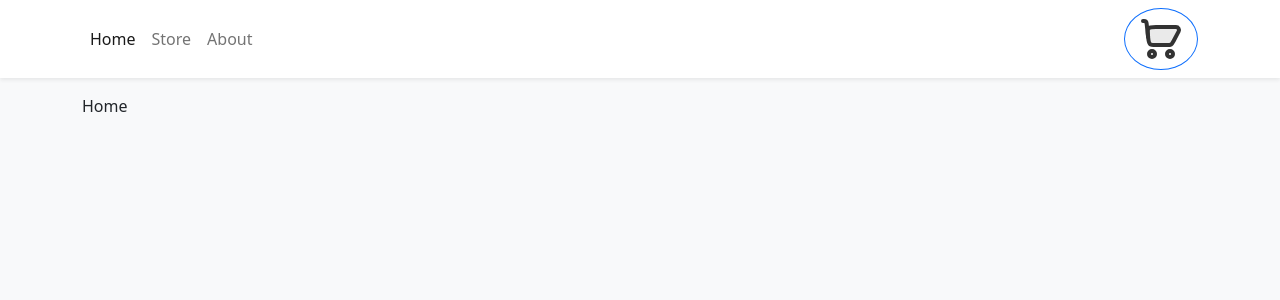
Repository: MoNasr2022/shopping-cart
Page: /
An editor plug-in stored every save of this project. The page is shown before and after a run of saves, followed by the edit.
The browser window is 1280 px wide. The pictures show the whole page.
The project was rebuilt for these pictures with package versions that can differ from the ones it lists, and the page was loaded fresh each time. Also part of the build but not shown: vite.config.ts, src/pages/Store.tsx, src/pages/About.tsx.

Above is the page before, as saved 2023-04-17 01:39:42.

### index.html
<!DOCTYPE html>
<html lang="en">
  <head>
    <meta charset="UTF-8" />
    <link rel="icon" type="image/svg+xml" href="/vite.svg" />
    <meta name="viewport" content="width=device-width, initial-scale=1.0" />
    <title>Nasr Shopping Cart</title>
  </head>
  <body class="bg-light">
    <div id="root"></div>
    <script type="module" src="/src/main.tsx"></script>
  </body>
</html>

### src/App.tsx
import { Routes, Route } from "react-router-dom";
import { Container } from "react-bootstrap";
import Home from "./pages/Home";
import Store from "./pages/Store";
import About from "./pages/About";
import Navbar from "./components/Navbar";

function App() {
  return (
    <>
      <Navbar />
      <Container className="mb-4">
        <Routes>
          <Route path="/" element={<Home />} />
          <Route path="/store" element={<Store />} />
          <Route path="/about" element={<About />} />
        </Routes>
      </Container>
    </>
  );
}

export default App;

### src/pages/Home.tsx


export default function Home () {
  return (
    <div>Home</div>
  )
}

### src/components/Navbar.tsx
import { Navbar as NavbarB } from "react-bootstrap";
import { Container, Nav, Button } from "react-bootstrap";
import { NavLink } from "react-router-dom";



export default function Navbar() {
  return (
    <NavbarB className="bg-white shadow-sm mb-3">
      <Container>
        <Nav className="me-auto">
          <Nav.Link as={NavLink} to="/">
            {" "}
            Home
          </Nav.Link>
          <Nav.Link as={NavLink} to="/store">
            {" "}
            Store
          </Nav.Link>
          <Nav.Link as={NavLink} to="/about">
            {" "}
            About
          </Nav.Link>
        </Nav>
        <Button className=" rounded-circle" variant="outline-primary"  style={{position:"relative"}}>
          <svg
            width="3rem"
            height="3rem"
            viewBox="0 0 24 24"
            fill="none"
            xmlns="http://www.w3.org/2000/svg"
          >
            <path
              opacity="0.1"
              d="M5.60464 11.4417C5.79269 13.1343 5.88672 13.9805 6.45624 14.4903C7.02576 15 7.87723 15 9.58017 15H9.70588H13.4706H14.827C16.0002 15 16.5867 15 17.0627 14.7134C17.5387 14.4268 17.8132 13.9084 18.3621 12.8716L20.8303 8.20947C21.361 7.207 20.6343 6 19.5 6H9.70588H9.46906C7.38336 6 6.34051 6 5.74427 6.66616C5.14803 7.33231 5.2632 8.36878 5.49353 10.4417L5.60464 11.4417Z"
              fill="#323232"
            />
            <path
              d="M5.60464 11.4417C5.79269 13.1343 5.88672 13.9805 6.45624 14.4903C7.02576 15 7.87723 15 9.58017 15H9.70588H13.4706H14.827C16.0002 15 16.5867 15 17.0627 14.7134C17.5387 14.4268 17.8132 13.9084 18.3621 12.8716L20.8303 8.20947C21.361 7.207 20.6343 6 19.5 6V6H9.70588H9.46906C7.38336 6 6.34051 6 5.74427 6.66616C5.14803 7.33231 5.2632 8.36878 5.49353 10.4417L5.60464 11.4417Z"
              stroke="#323232"
              stroke-width="2"
              stroke-linejoin="round"
            />
            <path
              d="M3 3H3.5V3C4.1642 3 4.72218 3.49942 4.79553 4.15955L5.55558 11"
              stroke="#323232"
              stroke-width="2"
              stroke-linecap="round"
              stroke-linejoin="round"
            />
            <path
              d="M9 19.5C9 20.3284 8.32843 21 7.5 21C6.67157 21 6 20.3284 6 19.5C6 18.6716 6.67157 18 7.5 18C8.32843 18 9 18.6716 9 19.5Z"
              stroke="#323232"
              stroke-width="2"
            />
            <path
              d="M18 19.5C18 20.3284 17.3284 21 16.5 21C15.6716 21 15 20.3284 15 19.5C15 18.6716 15.6716 18 16.5 18C17.3284 18 18 18.6716 18 19.5Z"
              stroke="#323232"
              stroke-width="2"
            />
          </svg>
        </Button>
      </Container>
    </NavbarB>
  );
}

Loaded but not shown: src/main.tsx (common file)

After the next 3 saves:
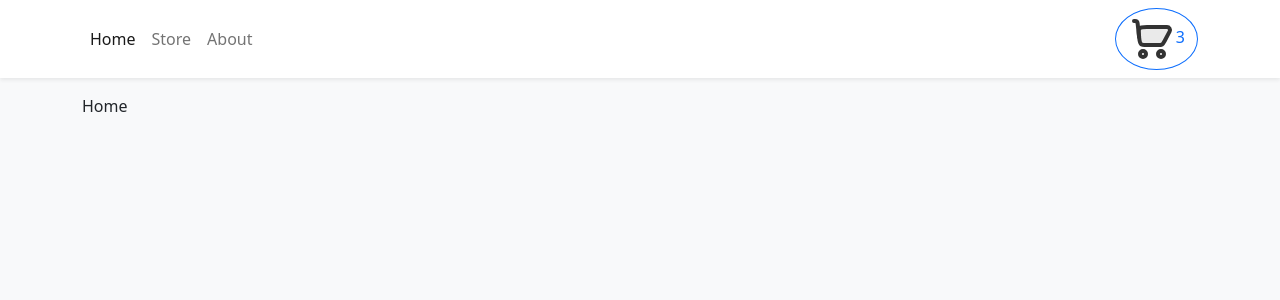
The 3 saves are shown as one change because they came seconds apart.
The last was saved 14 s later.
--- a/src/components/Navbar.tsx
+++ b/src/components/Navbar.tsx
@@ -58,7 +58,8 @@ export default function Navbar() {
               stroke="#323232"
               stroke-width="2"
             />
-          </svg>
+                  </svg>
+                  <span>3</span>
         </Button>
       </Container>
     </NavbarB>
